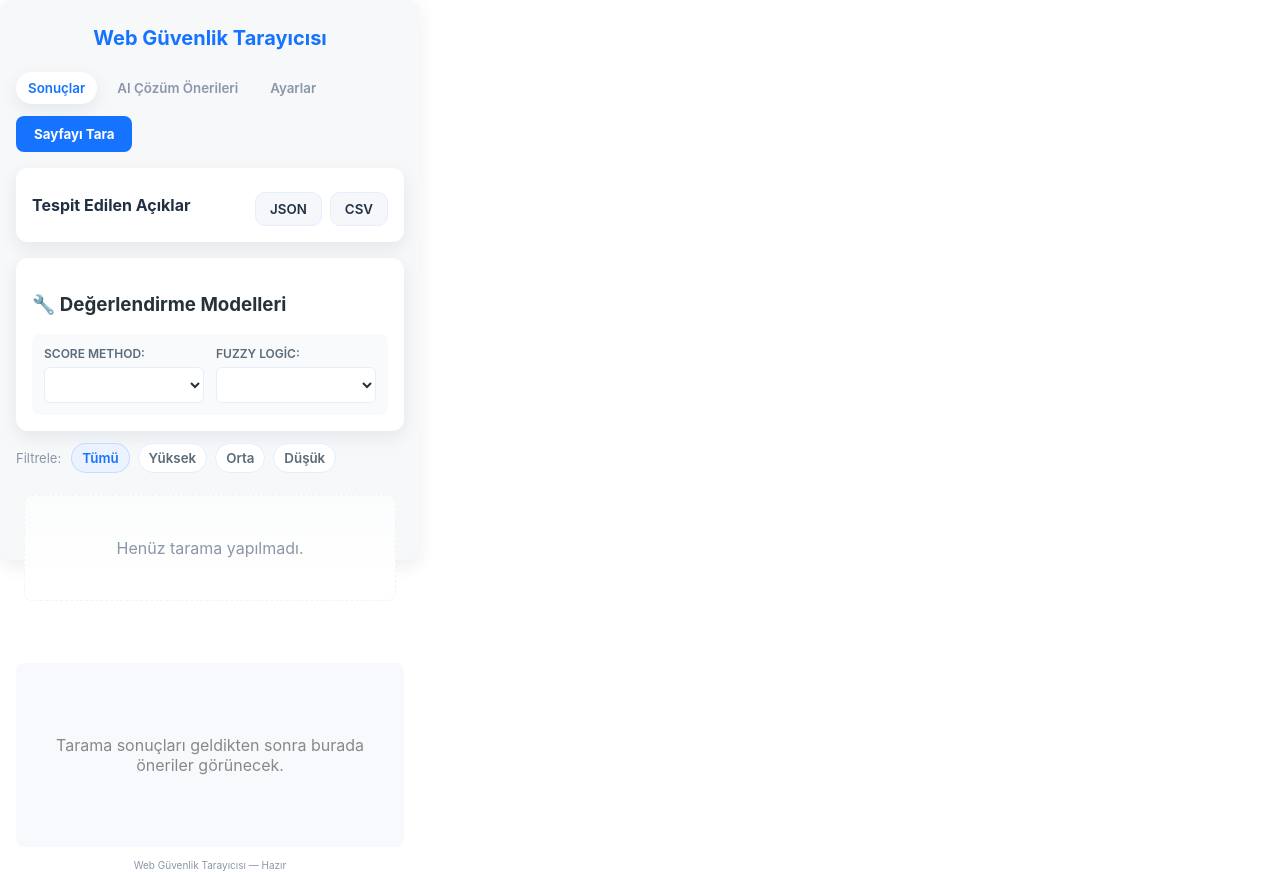
Repository: seliinduru/chrome-vuln-scanner
Page: popup.html
An editor plug-in stored every save of this project. The page is shown before and after the next save, followed by the edit.
The browser window is 1280 px wide. The pictures show the whole page.

Above is the page before, as saved 2025-11-05 18:51:24.
Console error: SyntaxError: Unexpected end of input

After the next save:
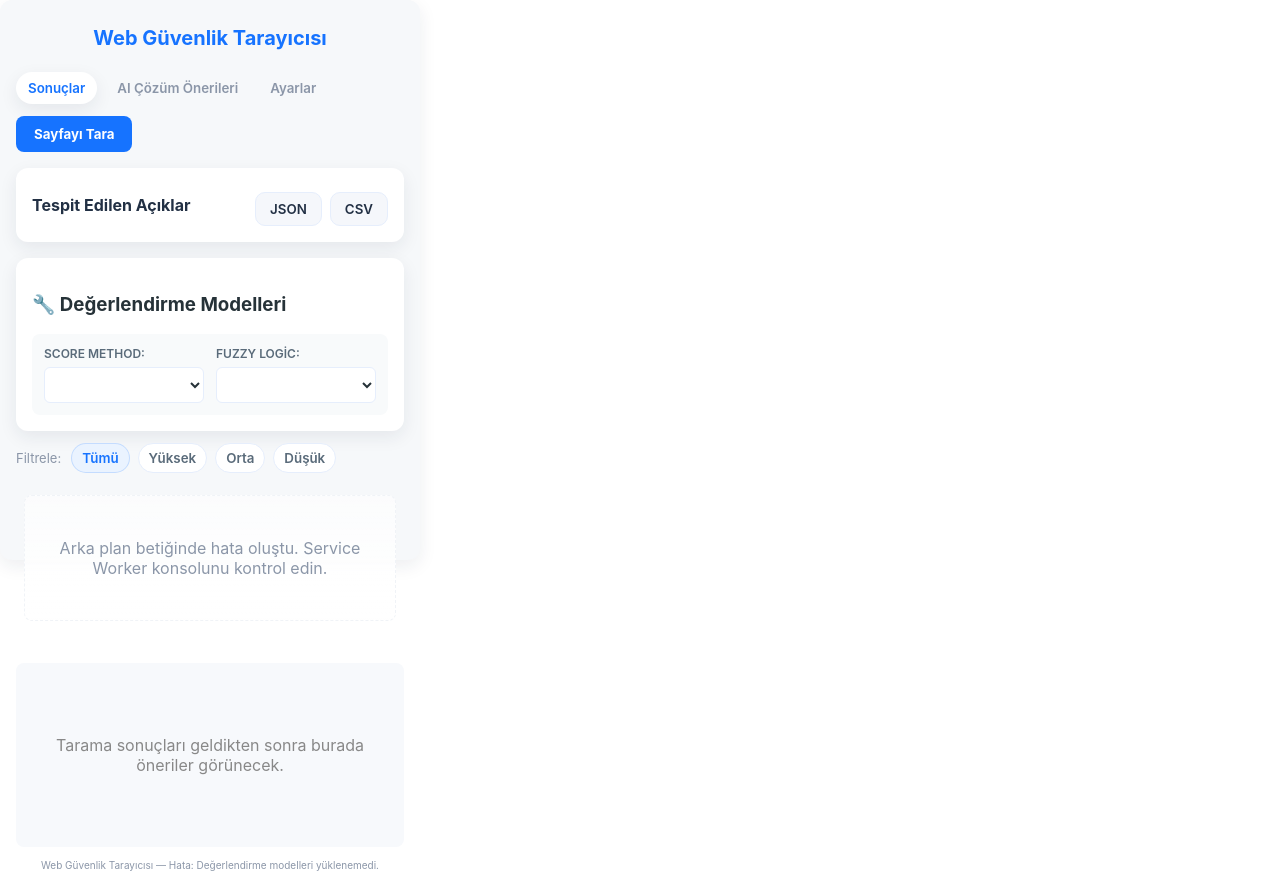
The error is gone.
Saved 7 s later.
--- a/popup.js
+++ b/popup.js
@@ -217,3 +217,77 @@ document.addEventListener('DOMContentLoaded', () => {
         } catch (error) {
             console.error("Başlangıç verileri yüklenemedi:", error.message);
             setStatus(`Hata: ${error.message}`);
+            scanBtn.disabled = true;
+        } finally {
+            renderVulns();
+        }
+    };
+
+    // =========================================================================
+    // EVENT LISTENERS & INITIAL LOAD
+    // =========================================================================
+    scanBtn.disabled = true;
+    scanBtn.addEventListener('click', startScanFn);
+    scoreMethodSelect.addEventListener('change', () => { selectedModels.scoreMethod = scoreMethodSelect.value; renderVulns(); });
+    fuzzyLogicSelect.addEventListener('change', () => { selectedModels.fuzzyLogic = fuzzyLogicSelect.value; renderVulns(); });
+
+    document.querySelectorAll('.filter').forEach(btn => {
+        btn.addEventListener('click', () => {
+            document.querySelector('.filter.active')?.classList.remove('active');
+            btn.classList.add('active');
+            currentFilter = btn.dataset.sev;
+            renderVulns();
+        });
+    });
+
+    document.querySelectorAll('.tab').forEach(tabButton => {
+        tabButton.addEventListener('click', (event) => {
+            const clickedTabId = event.currentTarget.dataset.tab;
+            if (clickedTabId === 'settings') {
+                window.location.href = 'settings.html';
+                return;
+            }
+            document.querySelectorAll('.tab.active, .tab-content.active').forEach(el => el.classList.remove('active'));
+            event.currentTarget.classList.add('active');
+            document.getElementById(clickedTabId)?.classList.add('active');
+            if (clickedTabId === 'ai') {
+                renderAiSuggestions(currentVulns);
+            }
+        });
+    });
+
+    if (exportJsonBtn) {
+        exportJsonBtn.addEventListener('click', () => {
+            if (currentVulns.length === 0) {
+                alert("Dışa aktarılacak bir zafiyet bulunamadı.");
+                return;
+            }
+            const jsonData = JSON.stringify(currentVulns, null, 2);
+            downloadFile(jsonData, 'vulnerabilities.json', 'application/json');
+        });
+    }
+
+    if (exportCsvBtn) {
+        exportCsvBtn.addEventListener('click', () => {
+            if (currentVulns.length === 0) {
+                alert("Dışa aktarılacak bir zafiyet bulunamadı.");
+                return;
+            }
+            const headers = ['severity', 'score', 'title', 'type', 'details'];
+            let csvContent = headers.join(',') + '\r\n';
+            currentVulns.forEach(vuln => {
+                const row = [
+                    vuln.fuzzySeverity || 'N/A',
+                    vuln.llmScore || 'N/A',
+                    `"${(vuln.title || '').replace(/"/g, '""')}"`,
+                    vuln.type || 'N/A',
+                    `"${(vuln.details || '').replace(/"/g, '""')}"`
+                ];
+                csvContent += row.join(',') + '\r\n';
+            });
+            downloadFile(csvContent, 'vulnerabilities.csv', 'text/csv;charset=utf-8;');
+        });
+    }
+
+    loadInitialDataFn();
+});
